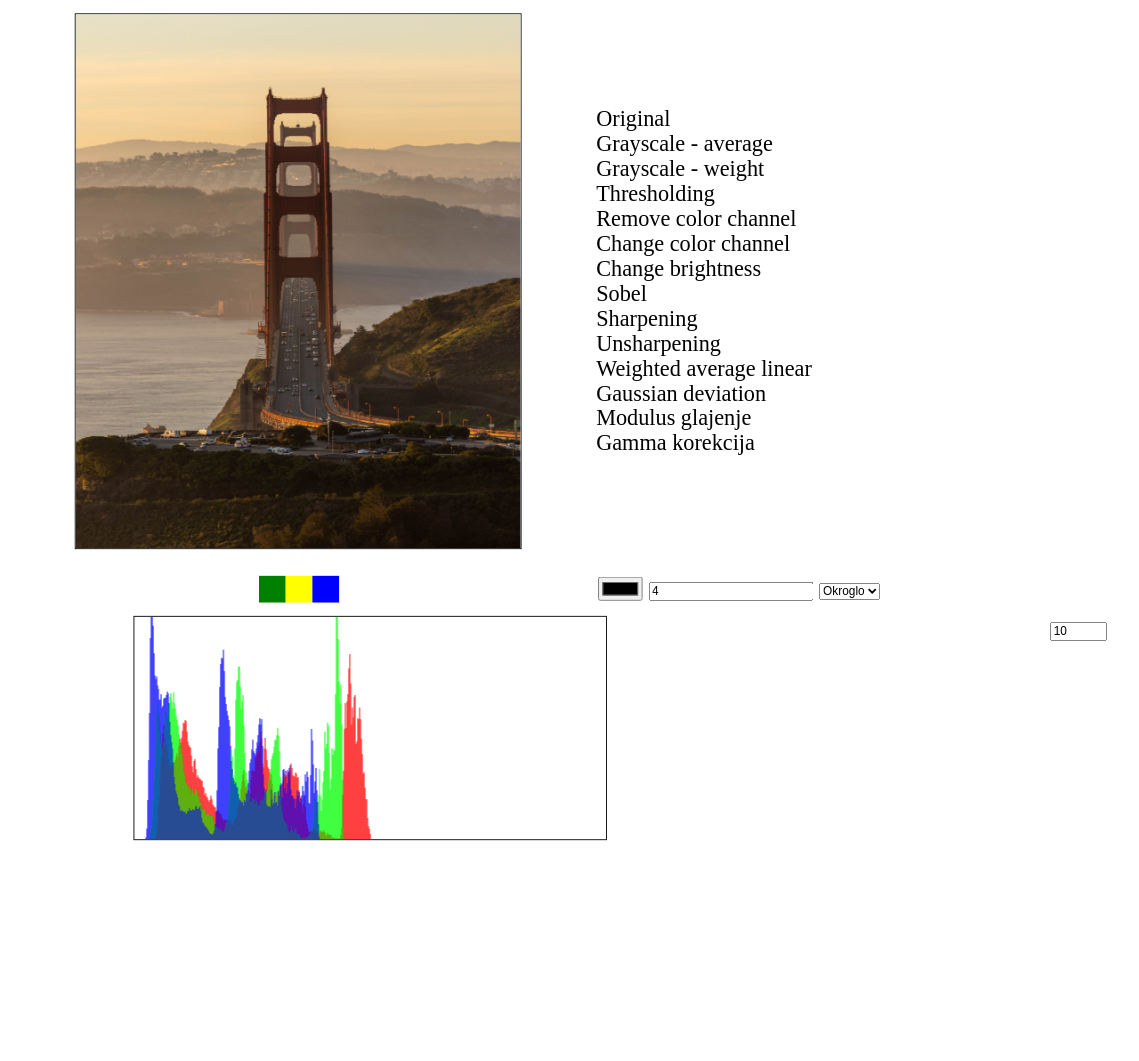
Repository: fussionko/web_photoshop
Page: index.html
The author's editor kept a copy of each file at every save. The page is drawn from the files as they stood at one save, then again after the next save.
The browser window is 1280 px wide. The pictures show the whole page, at 89% of full size.

Above is the page before, as saved 2022-04-28 13:12:20.

After the next save:
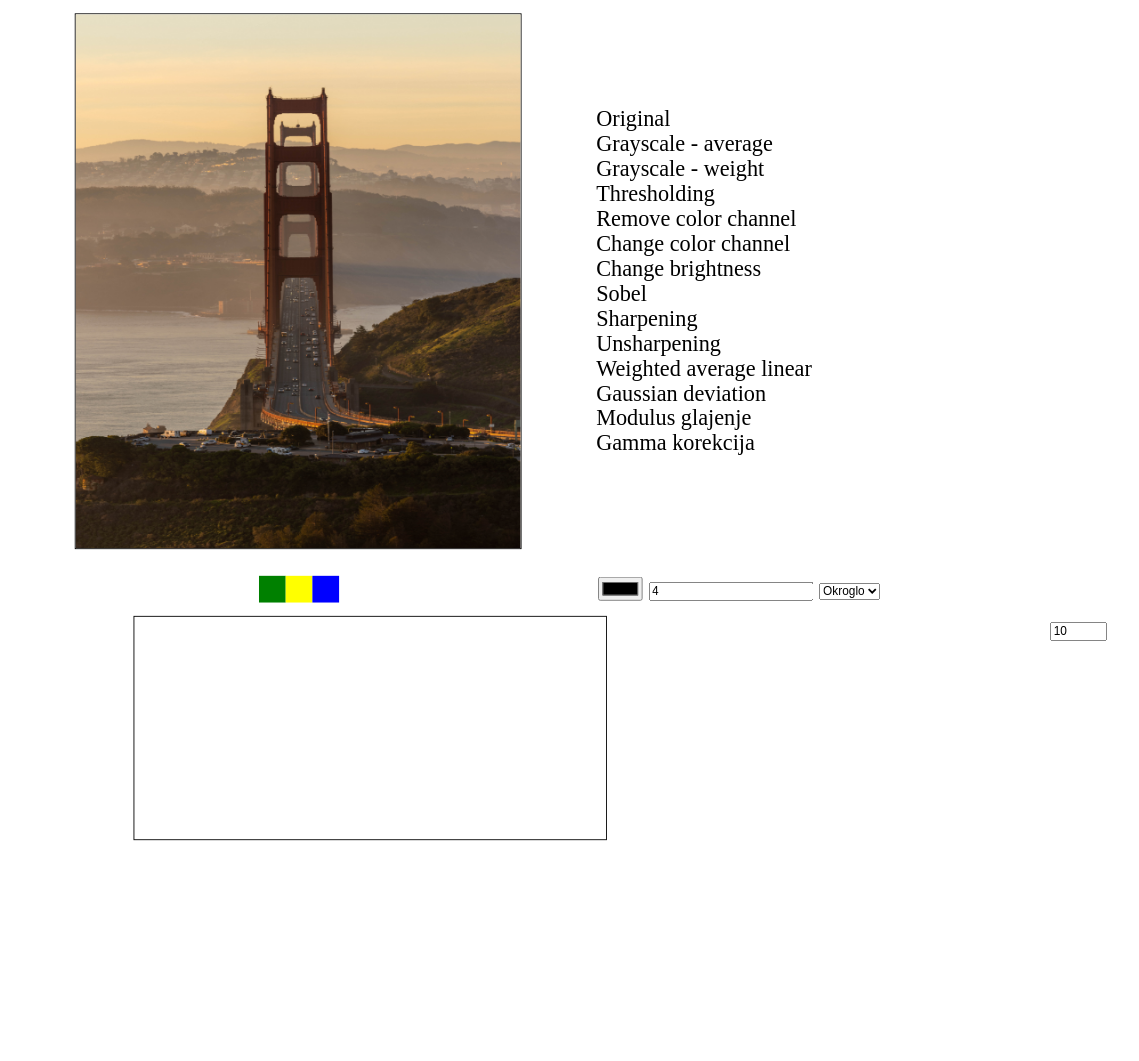
Console error: ReferenceError: graph_heighty is not defined
Saved 25 s later.
--- a/graph.js
+++ b/graph.js
@@ -101,28 +101,27 @@
 
 function draw_graph()
 {
-    let y = 250;
     for(let range in graph["r"])
     {
         range = parseInt(range);
         graph_ctx.beginPath();
-        graph_ctx.moveTo(graph_offset+range, y);
+        graph_ctx.moveTo(graph_offset+range, graph_height);
         graph_ctx.strokeStyle = "#FF0000";
-        graph_ctx.lineTo(range+graph_offset, y-graph["r"][range]);
+        graph_ctx.lineTo(range+graph_offset, graph_height-graph["r"][range]);
         graph_ctx.stroke();
         graph_ctx.closePath();
 
         graph_ctx.beginPath();
-        graph_ctx.moveTo(graph_offset+range, y);
+        graph_ctx.moveTo(graph_offset+range, graph_heighty);
         graph_ctx.strokeStyle = "#00FF00";
-        graph_ctx.lineTo(range+graph_offset, y-graph["g"][range]);
+        graph_ctx.lineTo(range+graph_offset, graph_height-graph["g"][range]);
         graph_ctx.stroke();
         graph_ctx.closePath();
 
         graph_ctx.beginPath();
-        graph_ctx.moveTo(graph_offset+range, y);
+        graph_ctx.moveTo(graph_offset+range, graph_height);
         graph_ctx.strokeStyle = "#0000FF";
-        graph_ctx.lineTo(range+graph_offset, y-graph["b"][range]);
+        graph_ctx.lineTo(range+graph_offset, graph_height-graph["b"][range]);
         graph_ctx.stroke();
         graph_ctx.closePath();
     }

After the save that followed:
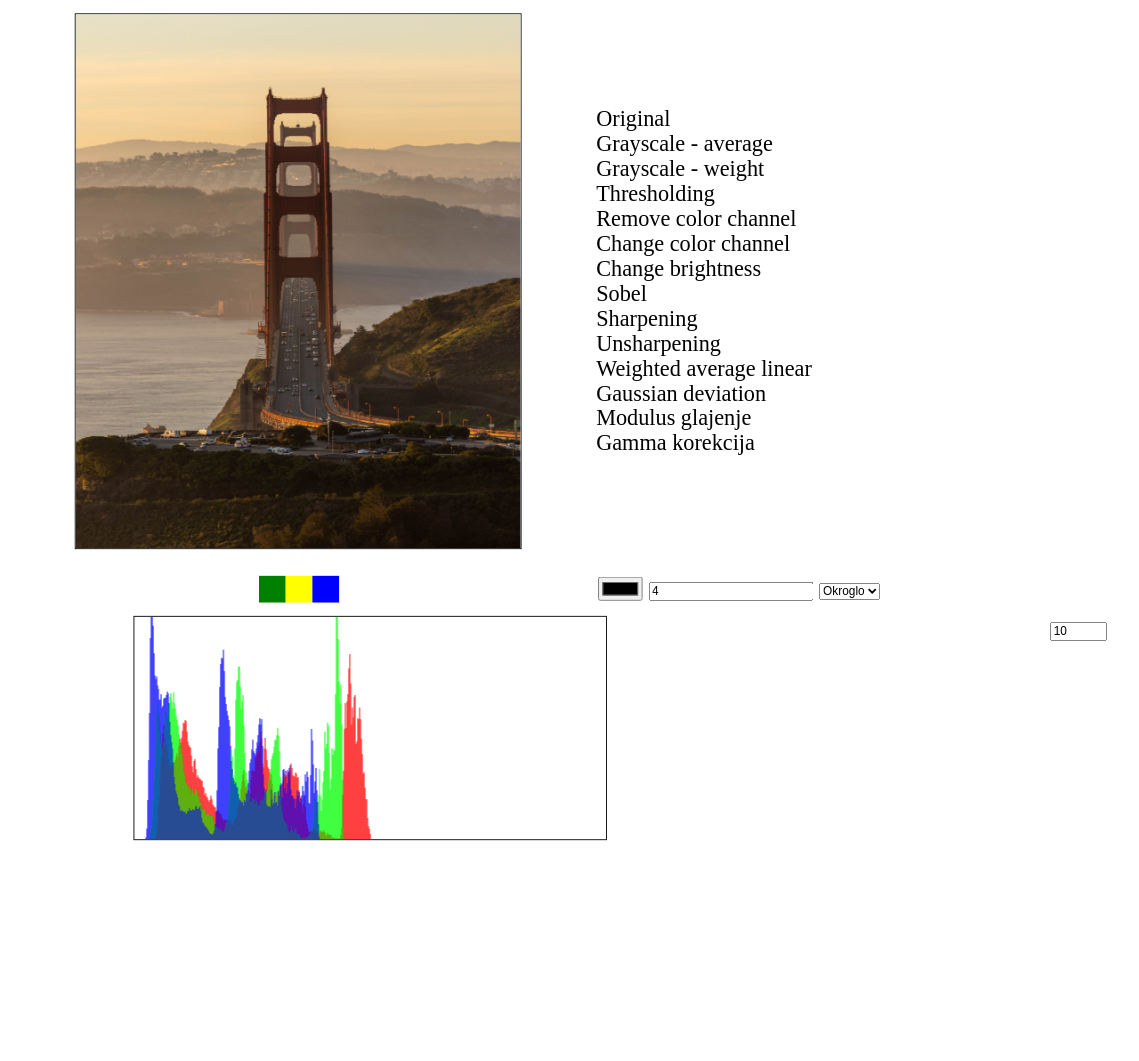
The error is gone.
Saved 19 s later.
--- a/graph.js
+++ b/graph.js
@@ -112,7 +112,7 @@
         graph_ctx.closePath();
 
         graph_ctx.beginPath();
-        graph_ctx.moveTo(graph_offset+range, graph_heighty);
+        graph_ctx.moveTo(graph_offset+range, graph_height);
         graph_ctx.strokeStyle = "#00FF00";
         graph_ctx.lineTo(range+graph_offset, graph_height-graph["g"][range]);
         graph_ctx.stroke();
